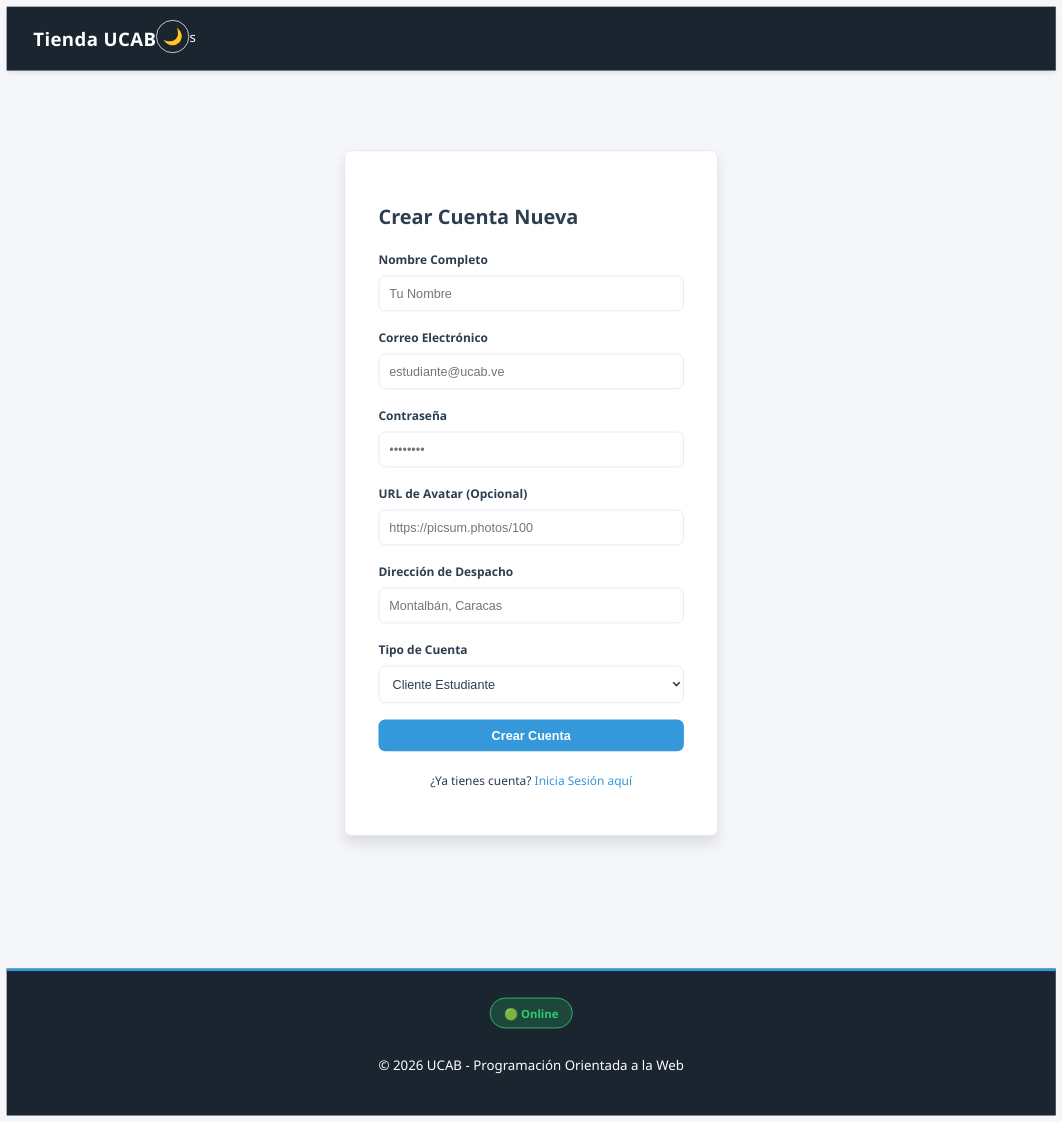
Repository: CamiloCeci/ecommerce-ucab
Page: registro.html
The author's editor kept a copy of each file at every save. The page is drawn from the files as they stood at one save, then again after the next save.
The browser window is 1280 px wide. The pictures show the whole page, at 83% of full size.

Above is the page before, as saved 2026-06-08 12:21:39.

### registro.html
<!DOCTYPE html>
<html lang="es">
<head>
    <meta charset="UTF-8">
    <meta name="viewport" content="width=device-width, initial-scale=1.0">
    <title>E-commerce UCAB | Registro de Usuario</title>
    <link rel="stylesheet" href="css/styles.css">
</head>
<body>
    <header>
        <nav class="navbar">
            <div class="logo">Tienda UCAB</div>
            <button id="theme-toggle" class="btn-icon">🌙</button>s
        </nav>
    </header>

    <main class="container-auth">
        <section class="auth-card">
            <h2>Crear Cuenta Nueva</h2>
            <form id="register-form">
                <div class="form-group">
                    <label for="reg-name">Nombre Completo</label>
                    <input type="text" id="reg-name" placeholder="Tu Nombre" required>
                </div>
                <div class="form-group">
                    <label for="reg-email">Correo Electrónico</label>
                    <input type="email" id="reg-email" placeholder="estudiante@ucab.ve" required>
                </div>
                <div class="form-group">
                    <label for="reg-password">Contraseña</label>
                    <input type="password" id="reg-password" placeholder="••••••••" required>
                </div>
                <div class="form-group">
                    <label for="reg-avatar">URL de Avatar (Opcional)</label>
                    <input type="url" id="reg-avatar" placeholder="https://picsum.photos/100">
                </div>
                <div class="form-group">
                    <label for="reg-address">Dirección de Despacho</label>
                    <input type="text" id="reg-address" placeholder="Montalbán, Caracas" required>
                </div>
                <div class="form-group">
                    <label for="reg-role">Tipo de Cuenta</label>
                    <select id="reg-role" required>
                        <option value="Cliente">Cliente Estudiante</option>
                        <option value="Administrador">Administrador de Tienda</option>
                    </select>
                </div>
                <button type="submit" class="btn-primary" style="width:100%;">Crear Cuenta</button>
            </form>

            <div class="auth-links">
                <p>¿Ya tienes cuenta? <a href="login.html">Inicia Sesión aquí</a></p>
            </div>
        </section>
    </main>

    <footer>
        <div id="network-status" class="status-online">🟢 Online</div>
        <p>&copy; 2026 UCAB - Programación Orientada a la Web</p>
    </footer>

    <script src="js/main.js"></script>
    <script src="js/auth.js"></script>
</body>
</html>

Loaded but not shown: js/main.js (79 lines, source omitted); js/auth.js (59 lines, source omitted); css/styles.css (880 lines, source omitted)

After the next save:
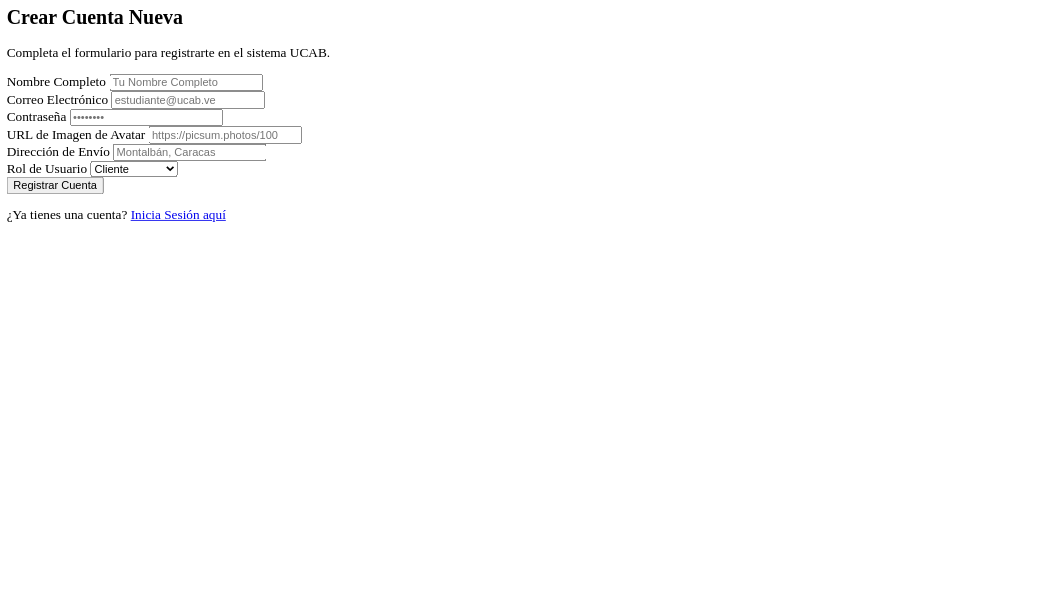
Saved 85 s later.
--- a/registro.html
+++ b/registro.html
@@ -1,65 +1,42 @@
-<!DOCTYPE html>
-<html lang="es">
-<head>
-    <meta charset="UTF-8">
-    <meta name="viewport" content="width=device-width, initial-scale=1.0">
-    <title>E-commerce UCAB | Registro de Usuario</title>
-    <link rel="stylesheet" href="css/styles.css">
-</head>
-<body>
-    <header>
-        <nav class="navbar">
-            <div class="logo">Tienda UCAB</div>
-            <button id="theme-toggle" class="btn-icon">🌙</button>s
-        </nav>
-    </header>
+<main class="container-auth">
+    <section class="auth-card">
+        <h2>Crear Cuenta Nueva</h2>
+        <p class="auth-instruction">Completa el formulario para registrarte en el sistema UCAB.</p>
 
-    <main class="container-auth">
-        <section class="auth-card">
-            <h2>Crear Cuenta Nueva</h2>
-            <form id="register-form">
-                <div class="form-group">
-                    <label for="reg-name">Nombre Completo</label>
-                    <input type="text" id="reg-name" placeholder="Tu Nombre" required>
-                </div>
-                <div class="form-group">
-                    <label for="reg-email">Correo Electrónico</label>
-                    <input type="email" id="reg-email" placeholder="estudiante@ucab.ve" required>
-                </div>
-                <div class="form-group">
-                    <label for="reg-password">Contraseña</label>
-                    <input type="password" id="reg-password" placeholder="••••••••" required>
-                </div>
-                <div class="form-group">
-                    <label for="reg-avatar">URL de Avatar (Opcional)</label>
-                    <input type="url" id="reg-avatar" placeholder="https://picsum.photos/100">
-                </div>
-                <div class="form-group">
-                    <label for="reg-address">Dirección de Despacho</label>
-                    <input type="text" id="reg-address" placeholder="Montalbán, Caracas" required>
-                </div>
-                <div class="form-group">
-                    <label for="reg-role">Tipo de Cuenta</label>
-                    <select id="reg-role" required>
-                        <option value="Cliente">Cliente Estudiante</option>
-                        <option value="Administrador">Administrador de Tienda</option>
-                    </select>
-                </div>
-                <button type="submit" class="btn-primary" style="width:100%;">Crear Cuenta</button>
-            </form>
+        <form id="register-form">
+            <div class="form-group">
+                <label for="reg-name">Nombre Completo</label>
+                <input type="text" id="reg-name" placeholder="Tu Nombre Completo" required>
+            </div>
+            <div class="form-group">
+                <label for="reg-email">Correo Electrónico</label>
+                <input type="email" id="reg-email" placeholder="estudiante@ucab.ve" required>
+            </div>
+            <div class="form-group">
+                <label for="reg-password">Contraseña</label>
+                <input type="password" id="reg-password" placeholder="••••••••" required>
+            </div>
+            <div class="form-group">
+                <label for="reg-avatar">URL de Imagen de Avatar</label>
+                <input type="url" id="reg-avatar" placeholder="https://picsum.photos/100">
+            </div>
+            <div class="form-group">
+                <label for="reg-address">Dirección de Envío</label>
+                <input type="text" id="reg-address" placeholder="Montalbán, Caracas" required>
+            </div>
+            <div class="form-group">
+                <label for="reg-role">Rol de Usuario</label>
+                <select id="reg-role" required>
+                    <option value="Cliente">Cliente</option>
+                    <option value="Administrador">Administrador</option>
+                </select>
+            </div>
 
-            <div class="auth-links">
-                <p>¿Ya tienes cuenta? <a href="login.html">Inicia Sesión aquí</a></p>
-            </div>
-        </section>
-    </main>
+            <button type="submit" class="btn-primary btn-full-width">Registrar Cuenta</button>
+        </form>
 
-    <footer>
-        <div id="network-status" class="status-online">🟢 Online</div>
-        <p>&copy; 2026 UCAB - Programación Orientada a la Web</p>
-    </footer>
-
-    <script src="js/main.js"></script>
-    <script src="js/auth.js"></script>
-</body>
-</html>
+        <div class="auth-links">
+            <p>¿Ya tienes una cuenta? <a href="login.html">Inicia Sesión aquí</a></p>
+        </div>
+    </section>
+</main>
